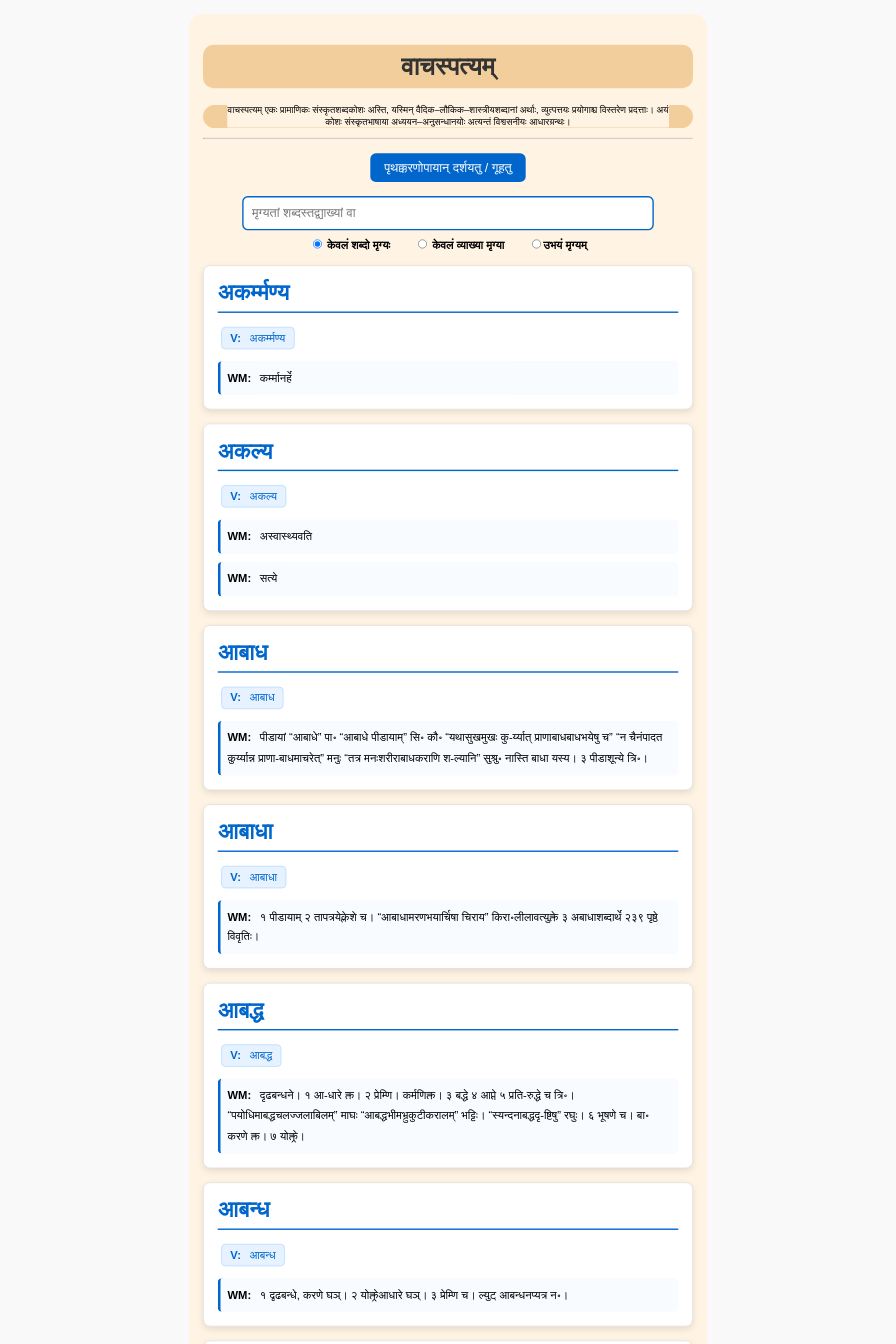
Repository: sanskritsphere/vachaspatyam-demo
Page: index.html
An editor plug-in stored every save of this project. The page is shown before and after the next save, followed by the edit.
The browser window is 1280 px wide. The pictures show the part of the page from y = 0 to 1920 px (the page is 3444 px tall), at 70% of full size.

Above is the page before, as saved 2025-12-14 12:50:43.

### index.html
<!DOCTYPE html>
<html lang="sa">
<head>
    <meta charset="UTF-8">
    <meta name="viewport" content="width=device-width, initial-scale=1.0">
    <link rel="styleSheet" type="text/css" href="style.css">
    <title>वाचस्पत्यम् शब्दकोशः</title>

</head>
<body>
    <div class="container">
    <header>
        <h1>वाचस्पत्यम्</h1>
    <p class="small">वाचस्पत्यम् एकः प्रामाणिकः संस्कृतशब्दकोशः अस्ति, यस्मिन् वैदिक–लौकिक–शास्त्रीयशब्दानां अर्थाः, व्युत्पत्तयः प्रयोगाश्च विस्तरेण प्रदत्ताः।
अयं कोशः संस्कृतभाषाया अध्ययन–अनुसन्धानयोः अत्यन्तं विश्वसनीयः आधारग्रन्थः।</p>
    </header>
    <hr>
    <button id="toggleFilters">पृथक्करणोपायान् दर्शयतु / गूहतु</button>

    <div id="searchContainer">
        <input type="text" id="search" placeholder="मृग्यतां शब्दस्तद्व्याख्यां वा">
        <div class="search-options">
            <label><input type="radio" name="searchMode" value="wordOnly" checked> केवलं शब्दो मृग्यः</label>
            <label><input type="radio" name="searchMode" value="meaningOnly"> केवलं व्याख्या मृग्या</label>
            <label><input type="radio" name="searchMode" value="both">उभयं मृग्यम्</label>
        </div>
    </div>

    <div class="filters" id="filtersPanel">
        <div class="filter-group" id="startingLetterGroup">
            <label>आद्यक्षरानुक्रमेण पृथक्करणम्</label>
            <select id="startingLetterFilter">
                <option value="">सर्वाणि आद्यक्षराणि</option>
            </select>
        </div>

        <div class="filter-group" id="gcGroup">
            <label>लिङ्गशः पृथक्करणम्</label>
            <select id="gcFilter">
                <option value="">सर्वलिङ्गानि</option>
            </select>
        </div>

        <!-- टैग विज़िबिलिटी -->
        <div class="filter-group" style="grid-column: 1 / -1;" id="tagVisibilityGroup">
            <label>दर्शयितुमिष्टानि खण्डानि चिन्वीत</label>
            <div class="tag-visibility" id="tagVisibility">
                <!-- डायनामिकली जनरेट होगा -->
            </div>
        </div>

        <!-- नए टैग फ़िल्टर सेक्शन -->
        <div class="filter-group" style="grid-column: 1 / -1;" id="tagFiltersGroup">
            <label>टैग्-मूल्येन विशिष्टमानानि चीयन्ताम्</label>
            <div class="tag-filters" id="tagFilters">
                <!-- XML से सभी टैग्स के लिए डायनामिक सिलेक्ट बॉक्स जनरेट होंगे -->
            </div>
        </div>
    </div>

    <div id="results"></div>
</div>
    <script>
        let dictionary = [];
        let allTags = new Set();
        let tagValues = {}; // { tag: Set of values }
        let startingLetters = new Set();
        let gcValues = new Set();
        let currentPage = 1;
        const itemsPerPage = 25;
        // XML फ़ाइल लोड करना
        fetch('vachaspatyam.xml')
            .then(response => response.text())
            .then(xmlText => {
                const parser = new DOMParser();
                const xml = parser.parseFromString(xmlText, "application/xml");
                const entries = xml.querySelectorAll('entry');

                entries.forEach(entry => {
                    const obj = {};
                    entry.querySelectorAll('*').forEach(child => {
                        const tagName = child.tagName;
                        allTags.add(tagName);

                        if (!obj[tagName]) obj[tagName] = [];
                        const value = child.textContent.trim();
                        if (value) obj[tagName].push(value);

                        // टैग वैल्यूज़ कलेक्ट करना
                        if (!tagValues[tagName]) tagValues[tagName] = new Set();
                        tagValues[tagName].add(value);

                        // विशेष हैंडलिंग
                        if (tagName === 'V' && value) {
                            startingLetters.add(value[0]);
                        }
                        if (tagName === 'GC' && value) {
                            gcValues.add(value);
                        }
                    });
                    dictionary.push(obj);
                });

                generateDynamicFilters();
                generateTagVisibility();
                generateTagFilters(); // नया फ़ीचर
                renderEntries(dictionary);
            })
            .catch(err => {
                document.getElementById('results').innerHTML =
                    '<p class="no-results">vachaspatyam.xml इति संचिका न लब्धा। कृपया तां स्थापयतु।</p>';
                console.error(err);
            });

        function generateDynamicFilters() {
            const startingSelect = document.getElementById('startingLetterFilter');
            [...startingLetters].sort().forEach(letter => {
                const opt = document.createElement('option');
                opt.value = letter;
                opt.textContent = letter;
                startingSelect.appendChild(opt);
            });

            const gcSelect = document.getElementById('gcFilter');
            [...gcValues].sort().forEach(gc => {
                const opt = document.createElement('option');
                opt.value = gc;
                opt.textContent = gc;
                gcSelect.appendChild(opt);
            });
        }

        function generateTagVisibility() {
            const container = document.getElementById('tagVisibility');
            container.innerHTML = '';
            [...allTags].sort().forEach(tag => {
                const label = document.createElement('label');
                const checkbox = document.createElement('input');
                checkbox.type = 'checkbox';
                checkbox.id = 'show' + tag;
                checkbox.checked = tag === 'V' || tag === 'WM'; // डिफ़ॉल्ट V और WM दिखाएँ
                label.appendChild(checkbox);
                label.appendChild(document.createTextNode(' ' + tag));
                container.appendChild(label);
            });
        }

        function generateTagFilters() {
            const container = document.getElementById('tagFilters');
            container.innerHTML = '';
            [...allTags].sort().forEach(tag => {
                if (tag === 'V') return; // V के लिए पहले से आदि अक्षर फ़िल्टर है

                const group = document.createElement('div');
                group.className = 'filter-group';

                const label = document.createElement('label');
                label.textContent = `${tag} मूल्येन पृथक्करोतु`;
                group.appendChild(label);

                const select = document.createElement('select');
                select.id = 'filter_' + tag;
                select.innerHTML = '<option value="">सर्वाणि</option>';

                // टैग के सभी यूनिक वैल्यूज़ जोड़ना
                [...tagValues[tag]].sort().forEach(val => {
                    const opt = document.createElement('option');
                    opt.value = val;
                    opt.textContent = val;
                    select.appendChild(opt);
                });

                group.appendChild(select);
                container.appendChild(group);
            });
        }

        function getMeaningText(entry) {
            let text = '';
            Object.keys(entry).forEach(key => {
                if (key !== 'V') {
                    text += entry[key].join(' ') + ' ';
                }
            });
            return text;
        }

        function renderEntries(entries) {
            const resultsDiv = document.getElementById('results');
            resultsDiv.innerHTML = '';
            if (entries.length === 0) {
                resultsDiv.innerHTML = '<p class="no-results">कश्चन शब्दो न लब्धः। कृपया मृग्यपदं परिवर्तयतु।</p>';
                return;
            }

            entries.forEach(entry => {
                const div = document.createElement('div');
                div.className = 'entry';
                div.innerHTML = `<h3>${entry.V ? entry.V[0] : 'अज्ञातः'}</h3>`;

                const tagsDiv = document.createElement('div');

                allTags.forEach(tag => {
                    const checkbox = document.getElementById('show' + tag);
                    if (checkbox && checkbox.checked && entry[tag]) {
                        entry[tag].forEach(value => {
                            if (tag === 'WM' || tag === 'EXP') {
                                tagsDiv.innerHTML += `<div class="content"><span class="tag-name">${tag}:</span> ${value}</div>`;
                            } else {
                                tagsDiv.innerHTML += `<span class="tag"><span class="tag-name">${tag}:</span> ${value}</span>`;
                            }
                        });
                    }
                });

                div.appendChild(tagsDiv);
                resultsDiv.appendChild(div);
            });
        }

        function filterEntries() {
            let filtered = dictionary;

            const query = document.getElementById('search').value.trim();
            const searchMode = document.querySelector('input[name="searchMode"]:checked').value;

            if (query) {
                if (searchMode === 'wordOnly') {
                    filtered = filtered.filter(entry => entry.V && entry.V.some(v => v.includes(query)));
                } else if (searchMode === 'meaningOnly') {
                    filtered = filtered.filter(entry => getMeaningText(entry).includes(query));
                } else {
                    filtered = filtered.filter(entry =>
                        (entry.V && entry.V.some(v => v.includes(query))) ||
                        getMeaningText(entry).includes(query)
                    );
                }
            }

            const startingLetter = document.getElementById('startingLetterFilter').value;
            if (startingLetter) {
                filtered = filtered.filter(entry => entry.V && entry.V[0].startsWith(startingLetter));
            }

            const gc = document.getElementById('gcFilter').value;
            if (gc) {
                filtered = filtered.filter(entry => entry.GC && entry.GC.includes(gc));
            }

            // सभी टैग फ़िल्टर्स
            allTags.forEach(tag => {
                const select = document.getElementById('filter_' + tag);
                if (select && select.value) {
                    const filterValue = select.value;
                    filtered = filtered.filter(entry =>
                        entry[tag] && entry[tag].includes(filterValue)
                    );
                }
            });

            renderEntries(filtered);
        }

        // टॉगल बटन
        document.getElementById('toggleFilters').addEventListener('click', () => {
            const panel = document.getElementById('filtersPanel');
            panel.style.display = (panel.style.display === 'none' || panel.style.display === '') ? 'grid' : 'none';
        });

    function generateTagVisibility() {
    const container = document.getElementById('tagVisibility');
    container.innerHTML = '';

    // टैग नेम → संस्कृत में पूरा लेबल (विवरण)
    const tagLabels = {
        V:    "शब्दः (Vocable)",
        GC:   "लिङ्गम् (Grammatical Category)",
        GR:   "व्युत्पत्तिः (Grammar & Root)",
        ET:   "व्युत्पत्ति-विवरणम् (Etymology)",
        EXP:  "व्याख्या (Explanation)",
        CA:   "समास-विश्लेषणम् (Compound Analysis)",
        CT:   "उद्धरणम् (Citation Text)",
        RM:   "सन्दर्भः (Reference Mode)",
        WM:   "मुख्यार्थः (Word Meaning)"
        // यदि भविष्य में नया टैग जोड़ा जाए तो यहाँ उसका विवरण जोड़ सकते हैं
    };

    [...allTags].sort().forEach(tag => {
        const label = document.createElement('label');
        const checkbox = document.createElement('input');
        checkbox.type = 'checkbox';
        checkbox.id = 'show' + tag;
        // डिफ़ॉल्ट: V और WM हमेशा चेक रहें
        checkbox.checked = (tag === 'V' || tag === 'WM');

        label.appendChild(checkbox);
        // विवरण यदि उपलब्ध हो तो दिखाएँ, अन्यथा केवल टैग नेम
        const displayText = tagLabels[tag] || tag;
        label.appendChild(document.createTextNode(' ' + displayText));

        container.appendChild(label);
    });
}



        // सभी इवेंट्स
        document.getElementById('search').addEventListener('input', filterEntries);
        document.querySelectorAll('input[name="searchMode"]').forEach(radio => radio.addEventListener('change', filterEntries));
        document.getElementById('startingLetterFilter').addEventListener('change', filterEntries);
        document.getElementById('gcFilter').addEventListener('change', filterEntries);
        document.getElementById('filtersPanel').addEventListener('change', filterEntries); // सभी सिलेक्ट और चेकबॉक्स
    </script>
</body>
</html>

### style.css

        body {
            font-family: 'Sanskrit Text', 'Arial Unicode MS', Arial, sans-serif;
            margin: 20px;
            background-color: #f9f9f9;
            direction: ltr;
        }
        .container{
            width: 95%;
            max-width: 700px;
            margin: auto;
            background-color: #fff3e3;
            padding: 20px;
            border-radius: 20px;
        }
        header{
            display: block;
            justify-content: center;
            align-items: center;
            gap: 20px;
        }

       header h1 {
            text-align: center;
            color: #333;
            font-size: 36px;
            background-color: #f1ce9c;
            padding: 10px;
            border-radius: 15px;
        }
       header .small{
            font-size: smaller;
            border-left: 35px solid #f1ce9c;
            border-radius: 100px ;
            border-right: 35px solid #f1ce9c;
            border-bottom: 1px solid #f1ce9c;
            text-align: center;
        }
        #toggleFilters {
            display: block;
            margin: 20px auto;
            padding: 10px 20px;
            font-size: 18px;
            background: #0066cc;
            color: white;
            border: none;
            border-radius: 8px;
            cursor: pointer;
        }
        #toggleFilters:hover {
            background: #0055aa;
        }
        #searchContainer {
            margin-bottom: 20px;
            text-align: center;
        }
        #search {
            width: 80%;
            max-width: 600px;
            padding: 12px;
            font-size: 18px;
            border: 2px solid #0066cc;
            border-radius: 8px;
        }
        .search-options {
            margin-top: 10px;
        }
        .search-options label {
            margin: 0 15px;
            font-weight: bold;
            font-size: 16px;
        }
        .filters {
            margin-bottom: 30px;
            padding: 15px;
            background: #fff;
            border: 1px solid #ddd;
            border-radius: 10px;
            box-shadow: 0 4px 10px rgba(0,0,0,0.1);
            display: grid;
            grid-template-columns: repeat(auto-fit, minmax(300px, 1fr));
            gap: 20px;
            display: none; /* शुरू में छिपा */
        }
        .filter-group {
            display: flex;
            flex-direction: column;
        }
        .filter-group label {
            font-weight: bold;
            margin-bottom: 8px;
            color: #333;
            font-size: 18px;
        }
        .filter-group select {
            padding: 8px;
            border-radius: 6px;
            border: 1px solid #ccc;
            font-size: 16px;
            max-width: 300px;
        }
        .tag-visibility {
            display: grid;
            grid-template-columns: repeat(auto-fill, minmax(180px, 1fr));
            gap: 10px;
            margin-top: 10px;
        }
        .tag-visibility label {
            font-weight: normal;
            display: flex;
            align-items: center;
            font-size: 16px;
        }
        .tag-visibility input[type="checkbox"] {
            margin-right: 8px;
        }
        .tag-filters {
            display: grid;
            grid-template-columns: repeat(auto-fill, minmax(250px, 1fr));
            gap: 15px;
            margin-top: 15px;
            padding: 10px;
            background: #f0f8ff;
            border-radius: 8px;
        }
        #results {
            display: grid;
            gap: 20px;
        }
        .entry {
            background: white;
            padding: 20px;
            border: 1px solid #ddd;
            border-radius: 10px;
            box-shadow: 0 4px 10px rgba(0,0,0,0.1);
        }
        .entry h3 {
            margin: 0 0 15px 0;
            color: #0066cc;
            font-size: 32px;
            border-bottom: 2px solid #0066cc;
            padding-bottom: 8px;
        }
        .tag {
            display: inline-block;
            background: #e6f2ff;
            color: #0066cc;
            padding: 6px 12px;
            margin: 5px;
            border-radius: 6px;
            font-size: 16px;
            border: 1px solid #b3d9ff;
        }
        .tag-name {
            font-weight: bold;
            margin-right: 8px;
        }
        .content {
            margin-top: 12px;
            line-height: 1.8;
            background: #f8fbff;
            padding: 10px;
            border-radius: 6px;
            border-left: 4px solid #0066cc;
            font-size: 16px;
        }
        .no-results {
            text-align: center;
            color: #888;
            font-size: 22px;
            padding: 40px;
        }
        @media (max-width: 768px) {
            .filters {
                grid-template-columns: 1fr;
            }
            .tag-visibility, .tag-filters {
                grid-template-columns: 1fr;
            }
            #search {
                width: 100%;
            }
        }

After the next save:
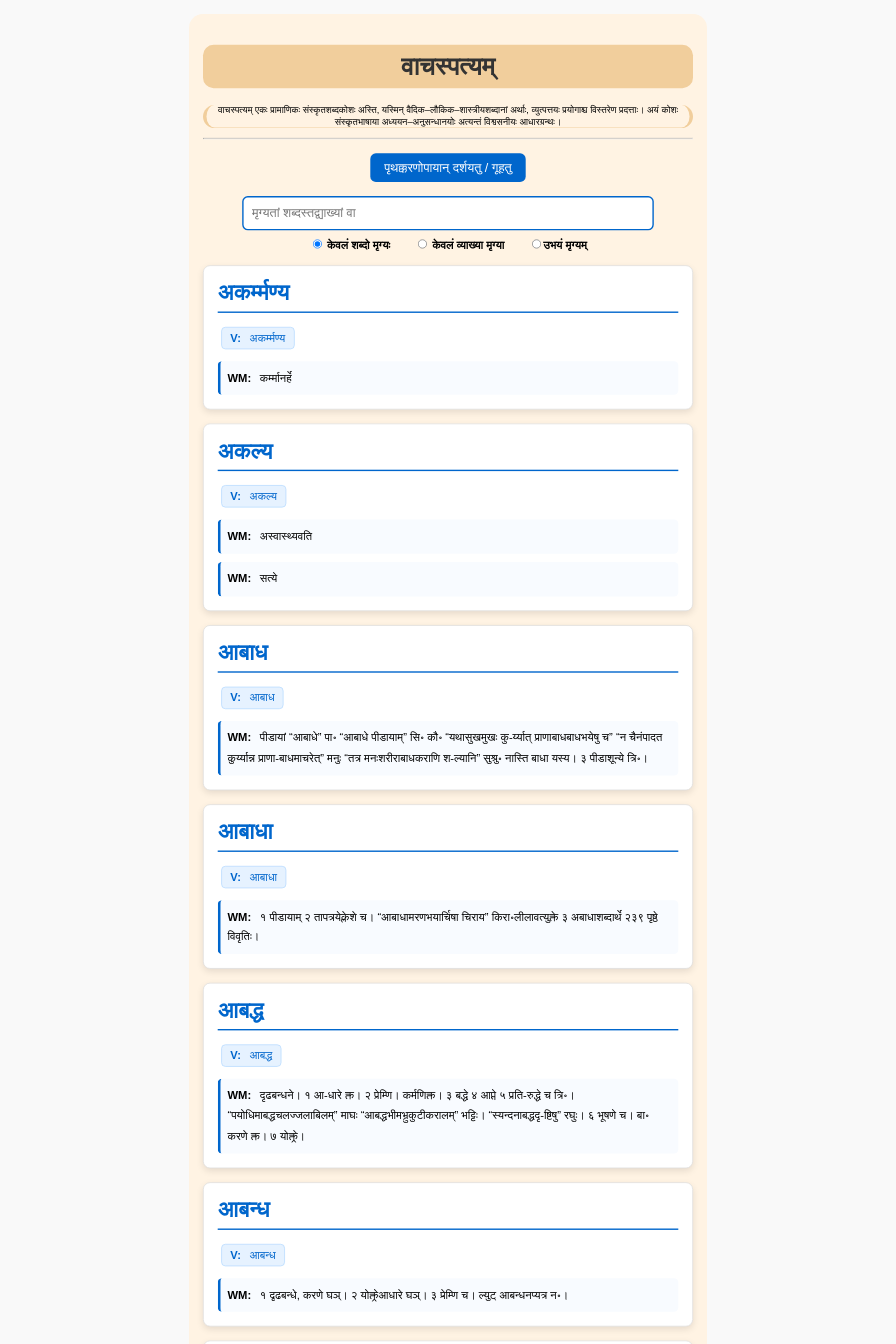
Saved 2 min 1 s later.
--- a/style.css
+++ b/style.css
@@ -30,9 +30,9 @@
         }
        header .small{
             font-size: smaller;
-            border-left: 35px solid #f1ce9c;
+            border-left: 5px solid #f1ce9c;
             border-radius: 100px ;
-            border-right: 35px solid #f1ce9c;
+            border-right: 5px solid #f1ce9c;
             border-bottom: 1px solid #f1ce9c;
             text-align: center;
         }
